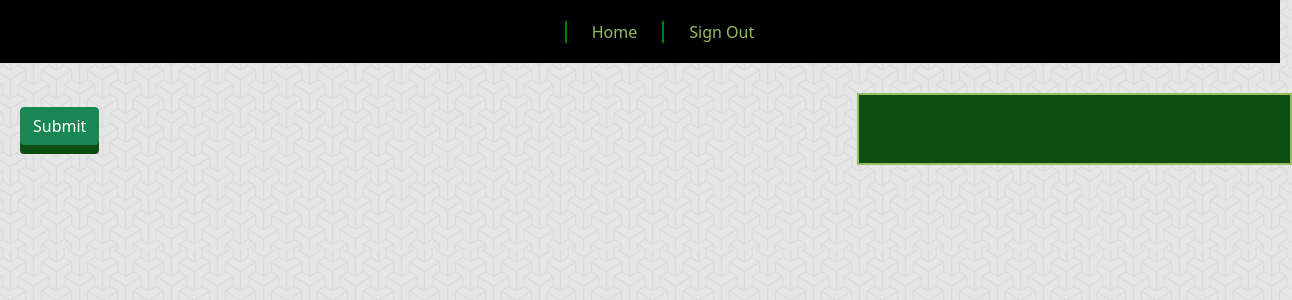
Repository: kavine24/CS490-Python-LMS
Page: html/portal/s/TakeQuiz.html
The author's editor kept a copy of each file at every save. The page is drawn from the files as they stood at one save, then again after the next save.
The browser window is 1280 px wide. The page is 1292 px wide, so the pictures cover 1292 px, including what lies to the right of the window. The pictures show the whole page.
The page's requests for data from a server got no answer.

Above is the page before, as saved 2022-04-20 19:25:07.

After the next save:
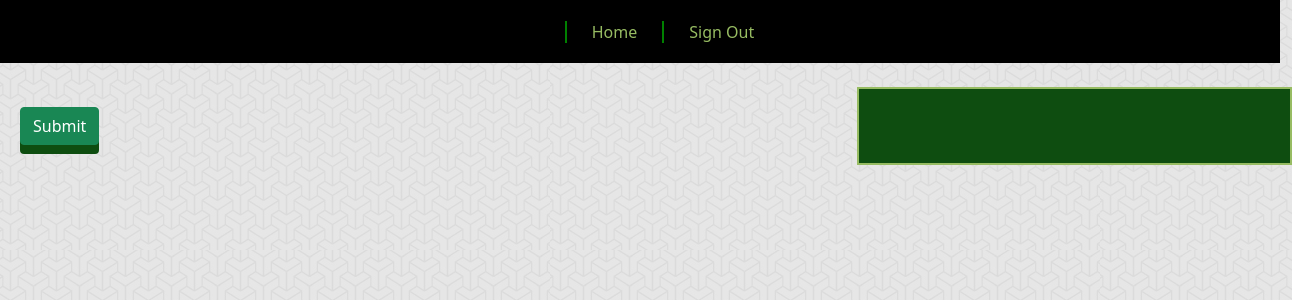
Saved 20 s later.
--- a/html/style.css
+++ b/html/style.css
@@ -132,7 +132,7 @@ body {
 }
 
 .legend {
-  margin: 30px 0px 0px !important;
+  margin: 24px 0px 0px !important;
   border: 2px solid #97BC62FF;
   padding: 0px !important;
   background-color: #0e4d10;
